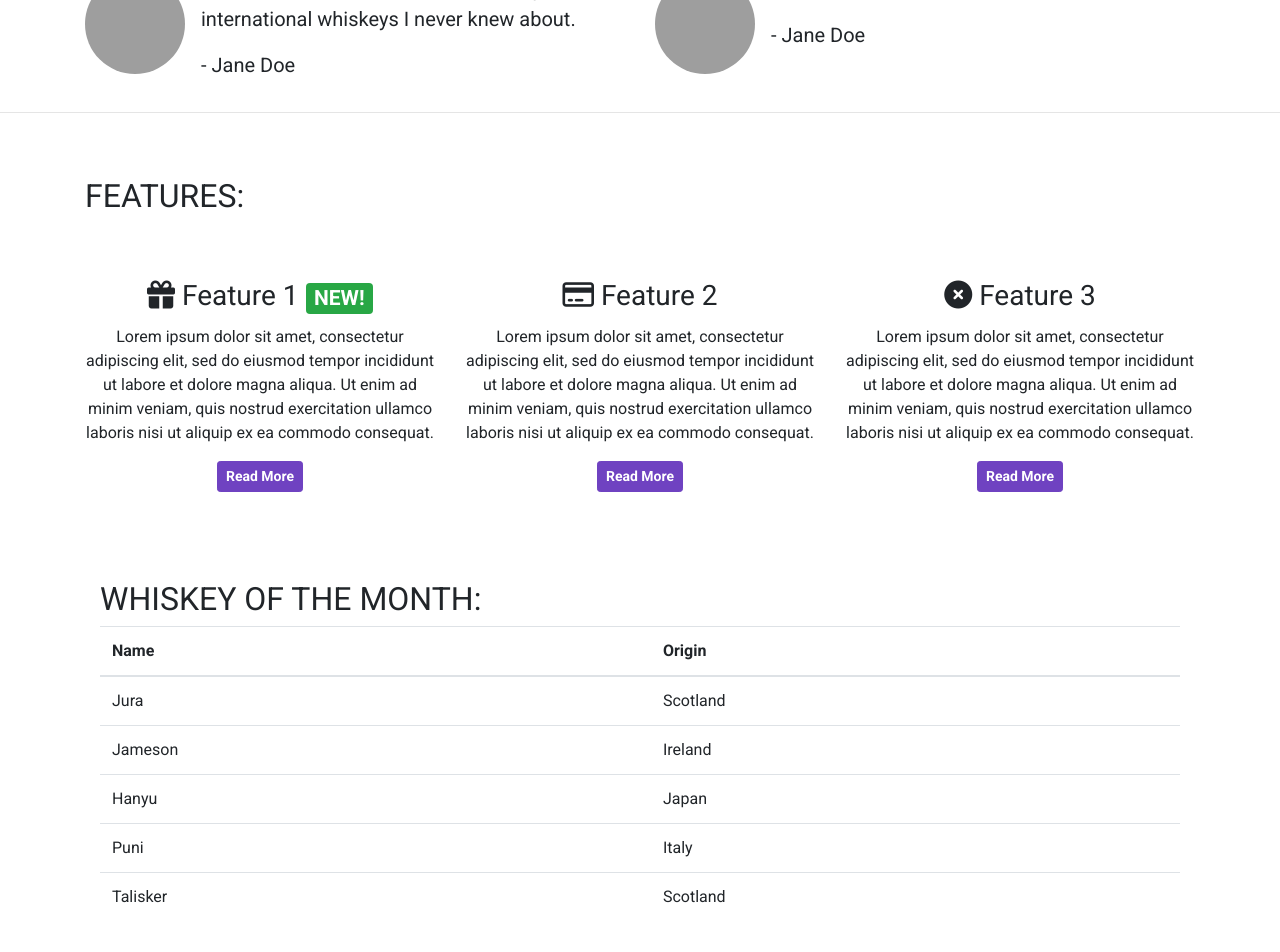
Repository: cipsim/bootstrap2.0
Page: index.html
The author's editor kept a record of every edit. The page is drawn from the files as they stood at one moment, then again after the next edit.
The browser window is 1280 px wide. The pictures show the part of the page from y = 921 to 1873 px (the page is 1890 px tall).
Pictures or frames that could not be fetched are drawn as grey boxes. Backgrounds fixed to the window are drawn as part of the page. Some web libraries are served in a nearby version.

Above is the page before.

### index.html
<!DOCTYPE html>
<html lang="en-us">

<head>
    <meta charset="utf-8">
    <title>Whiskey Drop | Taste a new whiskey every month</title>
    <meta name="viewport" content="width=device-width, initial-scale=1.0">
    <link rel="stylesheet" href="https://maxcdn.bootstrapcdn.com/bootstrap/4.1.3/css/bootstrap.min.css">
    <script src="https://kit.fontawesome.com/0dc9a7af2a.js"></script>
    <link href="https://fonts.googleapis.com/css?family=Roboto:400,700&display=swap" rel="stylesheet">
    <link rel="stylesheet" href="css/style.css" type="text/css" />
</head>

<body>
    <div class="container-fluid navalert-container">
    <nav class="navbar navbar-dark navbar-expand-sm">
        <a href="/" class="navbar-brand">Whiskey Drop</a>
        <button class="navbar-toggler ml-auto" type="button" data-toggle="collapse" data-target="#navbarNavDropdown" aria-controls="navbarNavDropdownv" aria-epanded="false" aria-label="Toggle navigation">
            <span class="navbar-toggler-icon">
            </span>
        </button>
        <div class="collapse navbar-collapse" id="navbarNavDropdown">
            <ul class="navbar-nav mr-auto">
                <li class="active nav-item mr-2"><a class="nav-link" href="/">Home</a></li>
                <li class="nav-item mr-2"><a class="nav-link" href="/about">About</a></li>
                <li class="nav-item dropdown">
                    <a class="nav-link dropdown-toggle" href="#" id="navbarDropdownMenuLink" role="button" data-toggle="dropdown" aria-haspopup="true" aria-expanded="false">
                        Whiskeys
                    </a>
                    <div class="dropdown-menu" aria-labelledby="navbarDropdownMenuLink">
                        <a href="#" class="dropdown-item">Scotch</a>
                        <a href="#" class="dropdown-item">Irish</a>
                        <a href="#" class="dropdown-item">Japanese</a>
                        <a href="#" class="dropdown-item">Italian</a>
                    </div>
                </li>
                <li class="nav-item mr-2 d-block d-sm-none"><a class="nav-link" href="/login">Sign In / Sign Up</a></li>
            </ul>
        </div>
        <div class="d-none d-md-block">
            <p class="navbar-text my-auto mr-2"><i>Great whiskey delivered to your door!</i></p>
            <a href="/login" class="btn btn--cta btn--purple">Sign in / Sign up</a>
        </div>
    </nav>\
    </div>
    <!--<div class="container alert-container">-->
    <!--    <div class="row d-none d-sm-block">-->
    <!--        <div class="col-12">-->
    <!--            <div class="alert alert-warning">-->
    <!--                <strong>Sale is now on!</strong> We got a sale on: get a 12 month subscription for the price of 6!!! <a href="">See here for details.</a>-->
    <!--            </div>-->
    <!--        </div>-->
    <!--    </div>-->
    <!--</div>-->
    <!-- Callout -->
    <div class="container-fluid callout-container">
        <div class="row">
            <div class="col-12">
                <section class="callout jumbotron text-center">
                    <h1 class="jumbotron-header">The finest whiskeys delivered to your doorstep.</h1>
                    <hr class="block-divider">
                    <p class="lead">Sign up today to start receiving the world's best whiskeys every month.
                        <s class="d-none d-sm-inline">19.99$</s>
                        <span class="d-inline d-sm-none"><br></span>
                        <strong><mark>First one is free!</mark></strong></p>
                    <p class="text-muted"><small>You must be over 18 to sign up to our service, please drink responsibly</small></p>
                    <button class="btn btn-lg btn--cta btn--purple" data-toggle="modal" data-target="#signUpModal">Sign up!</button>
                </section>
            </div>
        </div>
    </div>
    <!-- /.callout -->
    <hr>

    <!-- Quotes -->
    <div class="container quotes-container">
        <section class="quotes">
            <div class="row">
                <div class="col-12 my-5">
                    <h2 class="text-uppercase">Quotes:</h2>
                </div>
            </div>
            <div class="row">
                <div class="col-12 col-md-6">
                    <div class="media">
                        <div class="d-none d-sm-block">
                            <img src=".c9/images/girls.jpg" class="rounded-circle mr-3" height=100 width=100>
                        </div>
                        <div class="media-body">
                            <blockquote class="blockquote">
                                <p>I've been introduced to more than 10 great international whiskeys I never knew about.</p>
                                <p>- Jane Doe</p>
                            </blockquote>
                        </div>
                    </div>
                </div>
                <div class="col-12 col-md-6">
                    <div class="media">
                        <div class="d-none d-sm-block">
                            <img src=".c9/images/guy.jpg" class="rounded-circle mr-3" height=100 width=100>
                        </div>
                        <div class="media-body">
                            <blockquote class="blockquote">
                                <p>I haven't been sober for months!</p>
                                <p>- Jane Doe</p>
                            </blockquote>
                        </div>
                    </div>
                </div>
            </div>
        </section>
    </div>

    <!-- /.quotes -->
    <hr>

    <!-- Features -->
    <div class="container features-container">
        <section class="features">
            <div class="row">
                <div class="col-12 my-5">
                    <h2 class="text-uppercase">Features:</h2>
                </div>
            </div>
            <div class="row">
                <div class="col-12 col-md-6 col-lg-4">
                    <div class="feature">
                        <h3><i class="fas fa-gift d-none d-sm-inline"></i> Feature 1 <span class="badge badge-success">NEW!</span></h3>
                        <p>Lorem ipsum dolor sit amet, consectetur adipiscing elit, sed do eiusmod tempor incididunt ut labore et dolore magna aliqua. Ut enim ad minim veniam, quis nostrud exercitation ullamco laboris nisi ut aliquip ex ea commodo consequat.</p>
                        <p><a class="btn btn-sm btn-light" href="">Read More</a></p>
                    </div>
                </div>
                <div class="col-12 col-md-6 col-lg-4">
                    <div class="feature">
                        <h3><i class="far fa-credit-card d-none d-sm-inline"></i> Feature 2</h3>
                        <p>Lorem ipsum dolor sit amet, consectetur adipiscing elit, sed do eiusmod tempor incididunt ut labore et dolore magna aliqua. Ut enim ad minim veniam, quis nostrud exercitation ullamco laboris nisi ut aliquip ex ea commodo consequat.</p>
                        <p><a class="btn btn-sm btn-light" href="">Read More</a></p>
                    </div>
                </div>
                <div class="col-12 d-md-none d-lg-block col-lg-4">
                    <div class="feature">
                        <h3><i class="fas fa-times-circle d-none d-sm-inline"></i> Feature 3</h3>
                        <p>Lorem ipsum dolor sit amet, consectetur adipiscing elit, sed do eiusmod tempor incididunt ut labore et dolore magna aliqua. Ut enim ad minim veniam, quis nostrud exercitation ullamco laboris nisi ut aliquip ex ea commodo consequat.</p>
                        <p><a class="btn btn-sm btn-light" href="">Read More</a></p>
                    </div>
                </div>
            </div>
        </section>
    </div>

    <!-- /.features -->
    <!--Table-->
    <div class="container table-container">
        <section class="table">
            <div class="col-12 my-5">
                <h2 class="text-uppercase">Whiskey of the month:</h2>
                <table class="table">
                    <thead>
                        <tr>
                            <th scope="col">Name</th>
                            <th scope="col">Origin</th>
                        </tr>
                    </thead>
                    <tbody>
                        <tr>
                            <td>Jura</td>
                            <td>Scotland</td>
                        </tr>
                        <tr>
                            <td>Jameson</td>
                            <td>Ireland</td>
                        </tr>
                        <tr>
                            <td>Hanyu</td>
                            <td>Japan</td>
                        </tr>
                        <tr>
                            <td>Puni</td>
                            <td>Italy</td>
                        </tr>
                        <tr>
                            <td>Talisker</td>
                            <td>Scotland</td>
                        </tr>
            </div>
        </section>
    </div>
    </article>
    <div class="modal" tabindex="-1" role="dialog" id="signUpModal">
        <div class="modal-dialog" role="document">
            <div class="modal-content">
                <div class="modal-header">
                    <h5 class="modal-title">Sign up to Whiskey Drop!</h5>
                    <button type="button" class="close" data-dismiss="modal" aria-label="Close">
          <span aria-hidden="true">&times;</span>
        </button>
                </div>
                <div class="modal-body">
                    <form>
                        <div class="form-group">
                            <label for="exampleInputEmail1">Email address</label>
                            <input type="email" class="form-control" id="exampleInputEmail1" aria-describedby="emailHelp" placeholder="Enter email">
                            <small id="emailHelp" class="form-text text-muted">We'll never share your email with anyone else.</small>
                        </div>
                        <div class="form-group">
                            <label for="password">Password</label>
                            <input type="password" class="form-control" id="password" placeholder="Password">
                        </div>
                        <div class="form-group">
                            <label for="repeatPassword">Repeat Password</label>
                            <input type="password" class="form-control" id="repeatPassword" placeholder="Repeat Password">
                        </div>
                        <button type="submit" class="btn btn-success">Submit</button>
                    </form>
                </div>
            </div>
        </div>
    </div>
    <script src="https://code.jquery.com/jquery-3.3.1.slim.min.js" integrity="sha384-q8i/X+965DzO0rT7abK41JStQIAqVgRVzpbzo5smXKp4YfRvH+8abtTE1Pi6jizo" crossorigin="anonymous"></script>
    <script src="https://cdnjs.cloudflare.com/ajax/libs/popper.js/1.14.7/umd/popper.min.js" integrity="sha384-UO2eT0CpHqdSJQ6hJty5KVphtPhzWj9WO1clHTMGa3JDZwrnQq4sF86dIHNDz0W1" crossorigin="anonymous"></script>
    <script src="https://stackpath.bootstrapcdn.com/bootstrap/4.3.1/js/bootstrap.min.js" integrity="sha384-JjSmVgyd0p3pXB1rRibZUAYoIIy6OrQ6VrjIEaFf/nJGzIxFDsf4x0xIM+B07jRM" crossorigin="anonymous"></script>
</body>

</html>

### css/style.css
body {
    font-family: 'Roboto', sans-serif;
}

.alert-container .col-12 {
    padding-left: 0;
    padding-right: 0;
}

.site-wide-alert {
    border-radius: 0;
    margin-bottom: 0;
    padding: 5px 15px;
    border-color: #e59a19;
    background-color: #e59a19;
    color: #fff;
}

.features-container {}

.quotes-container {}

.table-container {}

.callout-container {
    height: 100vh;

    background: url("../.c9/images/bgi.jpg") no-repeat bottom right fixed;
    -webkit-background-size: cover;
    -moz-background-size: cover;
    -o-background-size: cover;
    background-size: cover;

    display: flex;
    align-items: center;
    justify-content: center;

}

@media screen and (max-width: 600px) {
    .callout-container {
        height: 100vh;
        background: url("../.c9/images/bgi.jpg") no-repeat bottom center fixed;
        -webkit-background-size: cover;
        -moz-background-size: cover;
        -o-background-size: cover;
        background-size: cover;
        display: flex;
        align-items: center;
        justify-content: center;
    }
}

/*Headers*/

.page-header {
    margin-bottom: 0;
    border-bottom: 0;
    text-align: center;
}

.page-heder h2 {
    margin-top: 0;
}

/*Navbar*/

.navalert-container {
    position: absolute;
    top: 0;
    left: 0;
    padding-left: 0;
    padding-right: 0;
    z-index: 1;
}

.navbar {
    margin-bottom: 0;
    border: 0;
    width: 100%;
    background-color: rgba(0, 0, 0, 0.25);
}

.navbar .navbar-toggler {
    border: 0;
}

.navbar-brand {
    font-weight: bold;
}

.navbar .navbar-nav a {
    font-weight: bold;
}

/*jumbotron*/

.jumbotron {
    color: lightgray;
    background-color: transparent;
}

.jumbotron-header {
    color: #fcf8e3;
    -webkit-text-stroke: 1px black;
    font-weight: bold;
    margin-bottom: 30px;
}

.jumbotron small {
    font-size: 60%;
    font-style: italic;
    color: #dcbd18;
}

/*Block dividers*/

.block-divider {
    width: 75px;
    height: 5px;
    border: 0;
    background-color: #5c4465d4;
}

/*Content Containers*/

.content-container {
    padding-top: 75px;
    padding-bottom: 75px;
}

/*Container wrappers*/

.container-wrapper {}

.container-wrapper--purple {
    background-color: #5c4465d4;
    color: white;
}

/*Buttons*/

.btn--cta {
    font-weight: bold;
    border-radius: 25px;
    width: 150px;
}

.btn--purple {
    color: white;
    background-color: #5c4465d4;
    border-color: #6f42c1;
}

.btn--purple:hover,
.btn--purple:active,
.btn--purple:focus,
.btn--purple:active:focus {
    background-color: #6f42c1;
    border-color: #6f42c1;
}

.feature {
    text-align: center;
    margin-bottom: 40px;
}

.feature i {
    margin-bottom: 20px;
    line-height: 45px;
}

.feature .btn {
    background-color: #6f42c1;
    border-color: #6f42c1;
    color: white;
    font-weight: bold;
}

After the next edit:
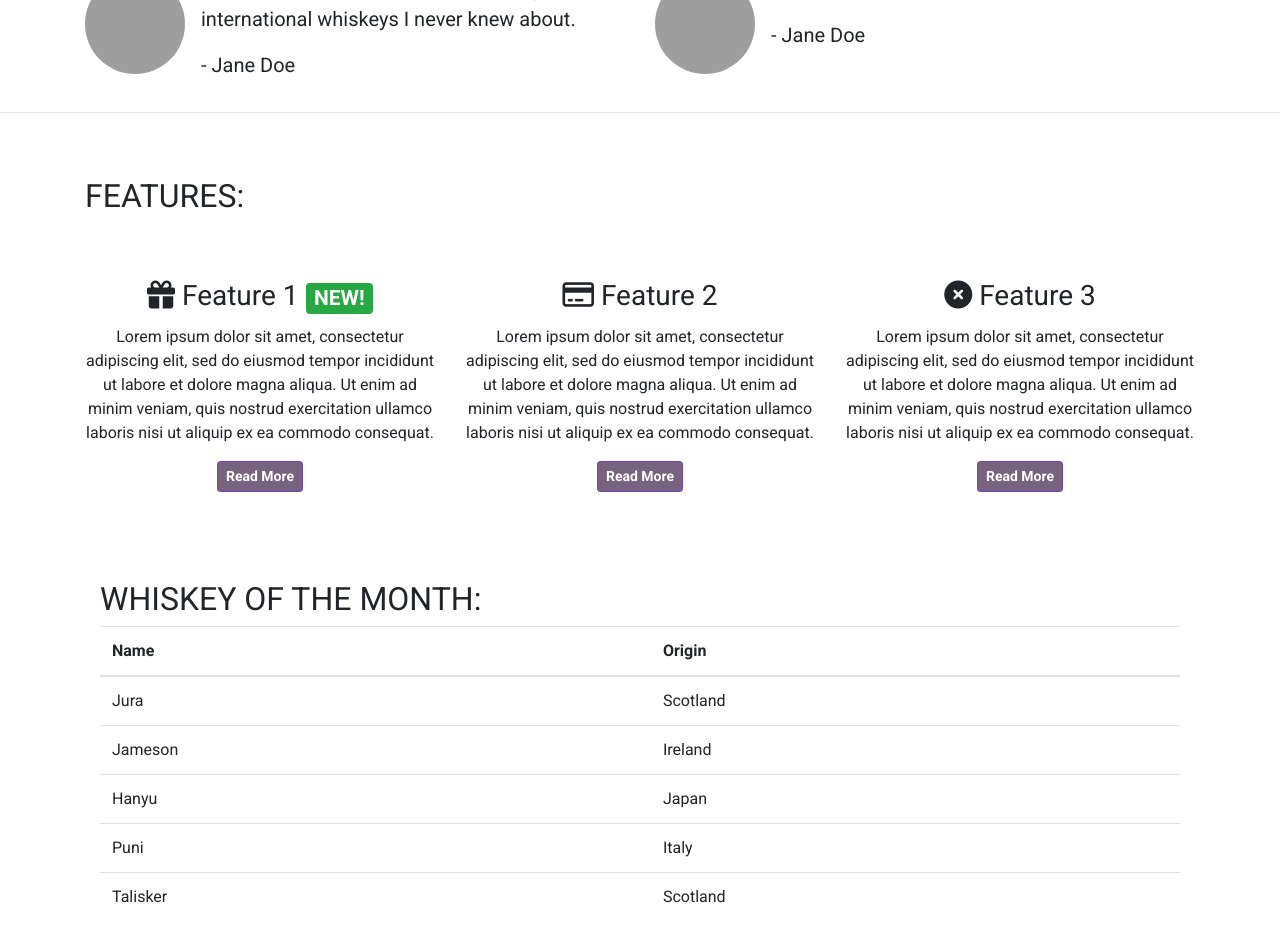
The edit:
--- a/css/style.css
+++ b/css/style.css
@@ -171,7 +171,7 @@
 }
 
 .feature .btn {
-    background-color: #6f42c1;
+    background-color: #5c4465d4;
     border-color: #6f42c1;
     color: white;
     font-weight: bold;
